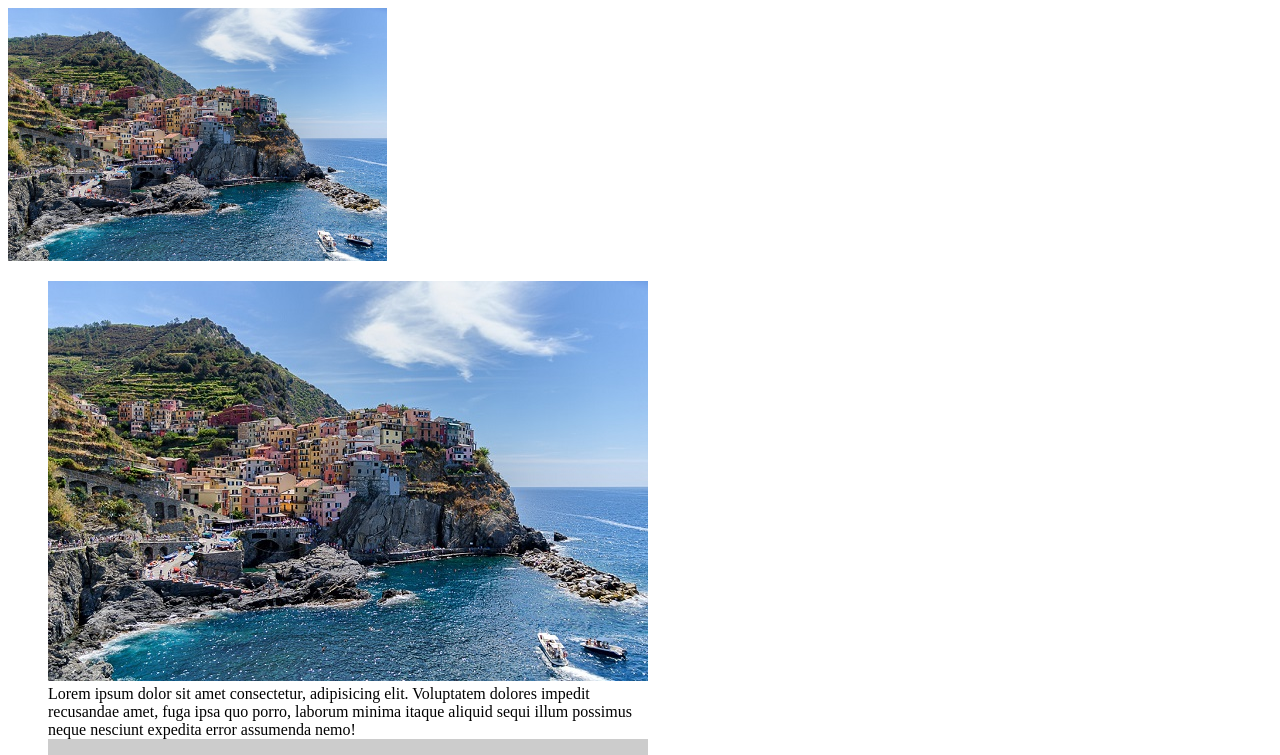
Repository: EmanuelUrbano/introducao_a_tecnologias
Page: 05_05_2022/dropdown_image/index.html
An editor plug-in stored every save of this project. The page is shown before and after the next save, followed by the edit.
The browser window is 1280 px wide. The pictures show the whole page.

Above is the page before, as saved 2022-05-10 08:04:14.

After the next save:
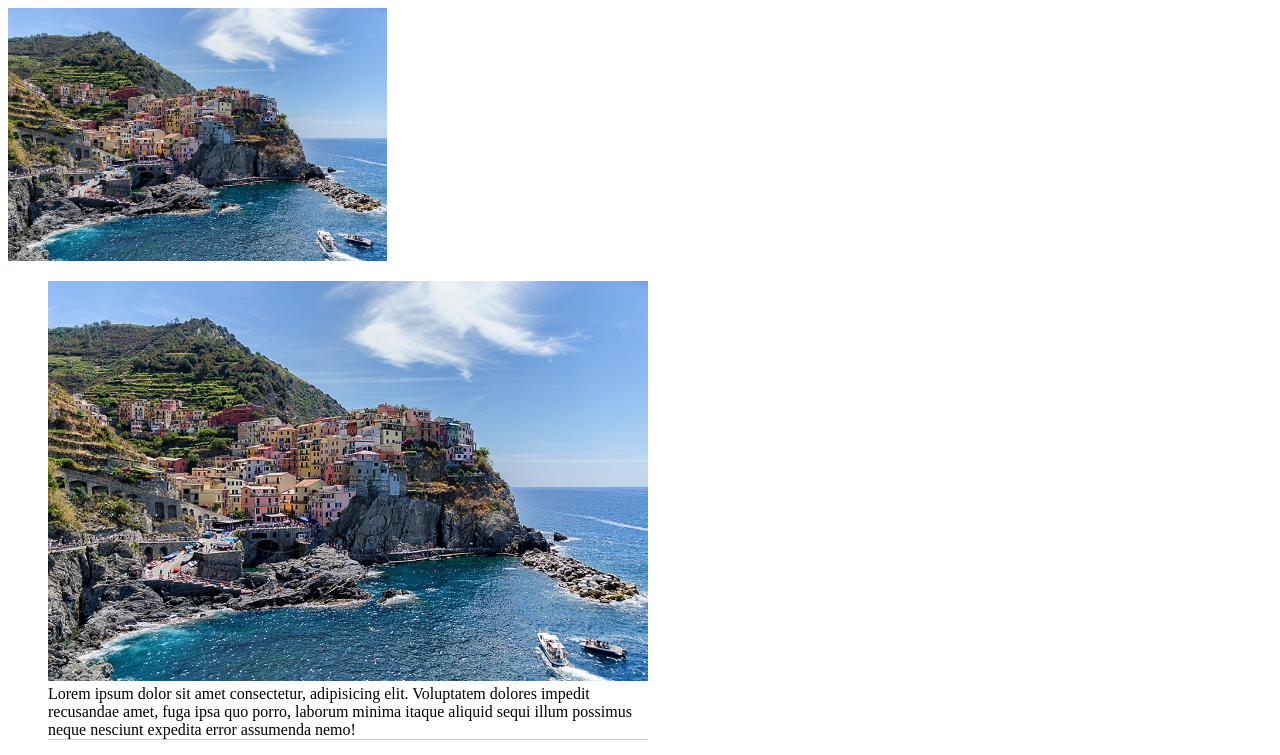
Saved 27 s later.
--- a/05_05_2022/dropdown_image/style.css
+++ b/05_05_2022/dropdown_image/style.css
@@ -5,7 +5,7 @@ img.imagem_pequena{
 }
 
 figure{
-    box-shadow: 0 30px rgba(0, 0, 0, 0.2);
+    box-shadow: 0 1px rgba(0, 0, 0, 0.2);
     max-width: 600px;
 }
 
